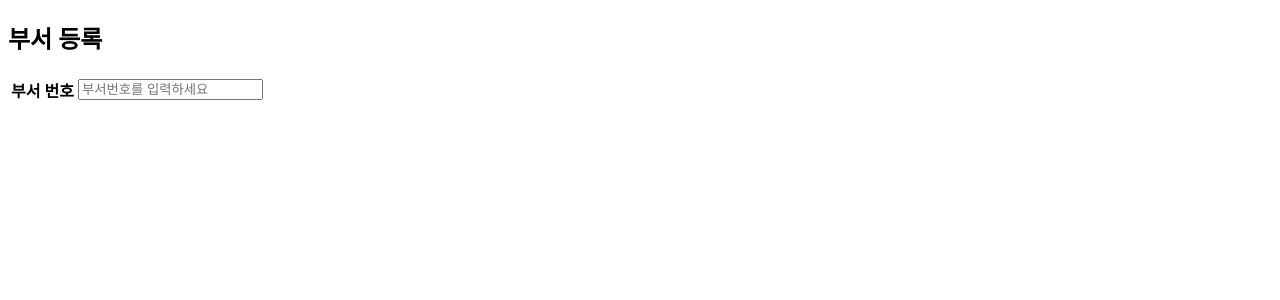
Repository: tmddnrdl333/5_BackEnd
Page: http://localhost/0323_mvc_basic/dept/regist.jsp
These files come from the project's save history. The page is drawn as it stood at one moment and after the next save; the edit follows.
The browser window is 1280 px wide. The pictures show the whole page.
The page is served by Tomcat 9. Other server files are loaded and not shown.

Above is the page before, as saved 2022-03-23 03:59:54.

### 0323_mvc_basic/WebContent/dept/regist.jsp
<%@ page language="java" contentType="text/html; charset=UTF-8"
	pageEncoding="UTF-8"%>
<!DOCTYPE html>
<html>
<head>
<meta charset="UTF-8">
<title>Insert title here</title>
</head>
<body>

	<h2>부서 등록</h2>
	<table>
		<tr>
			<th>부서 번호</th>
			<td><input type="text" name="dName" placeholder="부서번호를 입력하세요" required="required"/></td>
		</tr>

	</table>
</body>
</html>

After the next save:
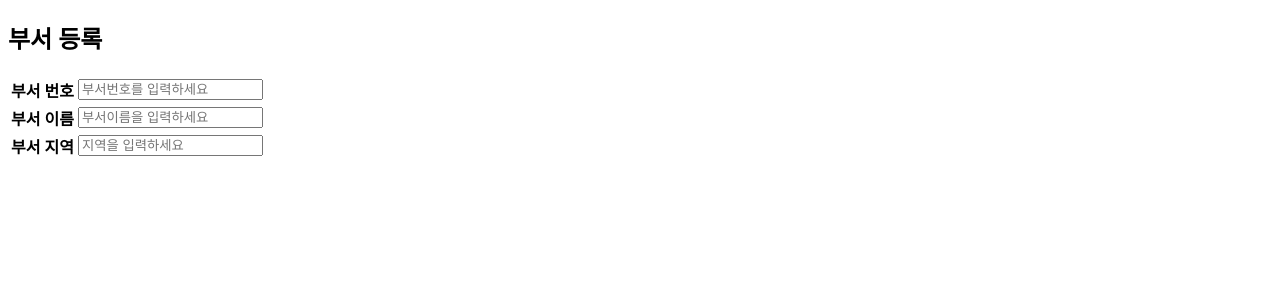
Saved 44 s later.
--- a/0323_mvc_basic/WebContent/dept/regist.jsp
+++ b/0323_mvc_basic/WebContent/dept/regist.jsp
@@ -12,7 +12,15 @@
 	<table>
 		<tr>
 			<th>부서 번호</th>
-			<td><input type="text" name="dName" placeholder="부서번호를 입력하세요" required="required"/></td>
+			<td><input type="text" name="deptNo" placeholder="부서번호를 입력하세요" required="required"/></td>
+		</tr>
+		<tr>
+			<th>부서 이름</th>
+			<td><input type="text" name="dName" placeholder="부서이름을 입력하세요" required="required"/></td>
+		</tr>
+		<tr>
+			<th>부서 지역</th>
+			<td><input type="text" name="loc" placeholder="지역을 입력하세요" required="required"/></td>
 		</tr>
 
 	</table>
